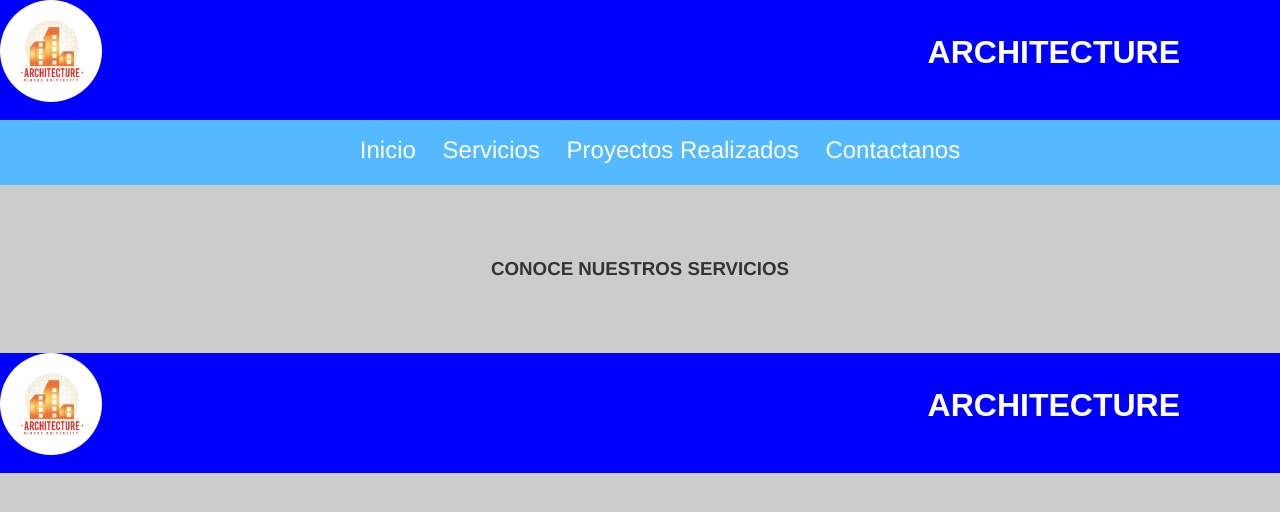
Repository: gabrielestrella18/htdocs
Page: http://localhost/arquitectos/servicios.php
An editor plug-in stored every save of this project. The page is shown before and after the next save, followed by the edit.
The browser window is 1280 px wide. The pictures show the whole page.
The page is run by PHP 8.4 with error messages shown; the project is at /var/www/html/.

Above is the page before, as saved 2023-12-06 23:27:14.

After the next save:
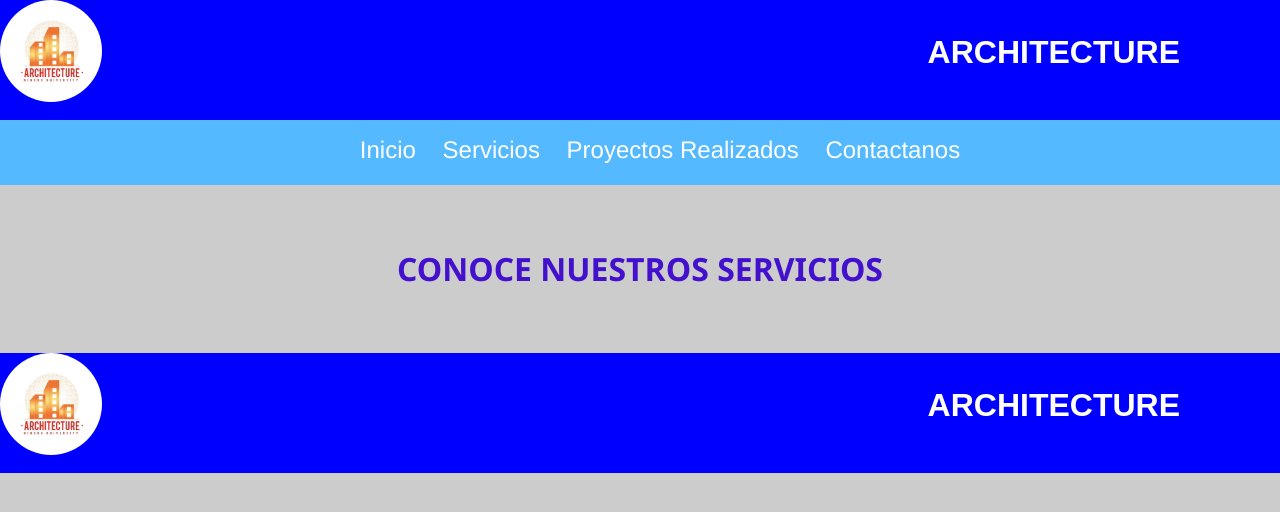
Saved 11 s later.
--- a/arquitectos/estilo.css
+++ b/arquitectos/estilo.css
@@ -94,7 +94,7 @@ h1 {
     text-align: center;
 }
 
-h2 {
+h3 {
     color: #4311ce;
     font-size: xx-large;
     font-family: 'Segoe UI', Tahoma, Geneva, Verdana, sans-serif;
